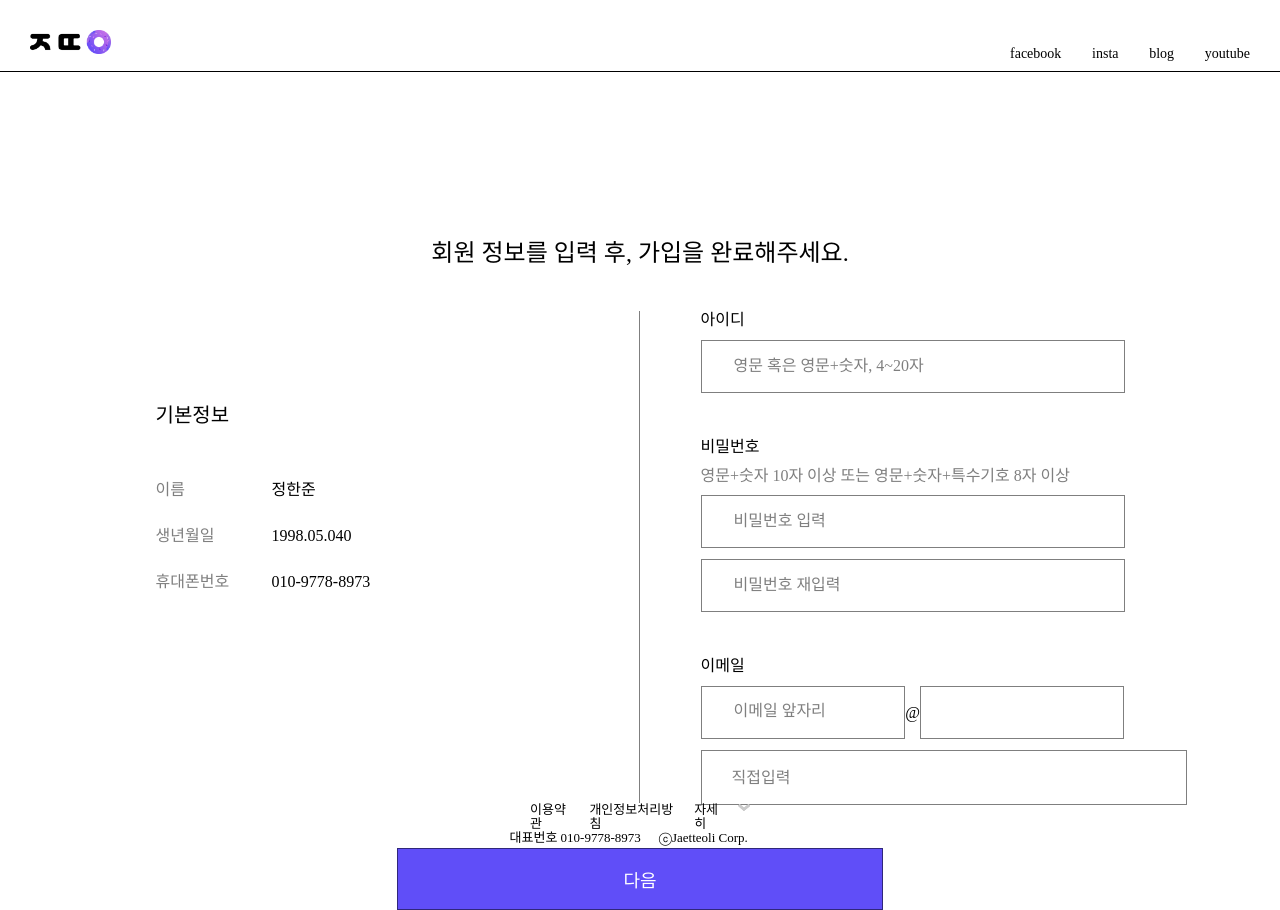
Repository: raoniee/Jaetteoli-React-Project
Page: /signup/begin
An editor plug-in stored every save of this project. The page is shown before and after the next save, followed by the edit.
The browser window is 1280 px wide. The pictures show the whole page.
Some web fonts or font styles are not loaded; a fallback is used. The project was rebuilt for these pictures with package versions that can differ from the ones it lists, and the page was loaded fresh each time. Also part of the build but not shown: src/component/main/ManageReview.module.css, src/component/main/ReviewContainer.module.css, src/component/main/ReviewItem.module.css, src/component/main/ReviewItem.js, src/component/main/ReviewContainer.js, src/component/sidebar/SideBar.module.css, src/component/sidebar/SideBar.js, src/component/main/ManageReview.js and 53 more.

Above is the page before, as saved 2023-07-06 21:37:55.

### public/index.html
<!DOCTYPE html>
<html lang="en">
<script src="//t1.daumcdn.net/mapjsapi/bundle/postcode/prod/postcode.v2.js"></script>
<head>
  <meta charset="utf-8" />
  <link rel="icon" href="%PUBLIC_URL%/favicon.ico" />
  <meta name="viewport" content="width=device-width, initial-scale=1" />
  <meta name="theme-color" content="#000000" />
  <meta name="description" content="Web site created using create-react-app" />
  <link rel="apple-touch-icon" href="%PUBLIC_URL%/logo192.png" />
  <link rel="manifest" href="%PUBLIC_URL%/manifest.json" />
  <title>재떨이</title>
</head>

<body>
  <div id="overlays"></div>
  <div id="root"></div>
</body>

</html>

### src/App.js
import Header from "./component/header/Header";
import ManageReview from "./component/main/ManageReview";
import TodayMenu from "./component/main/TodayMenu";
import TodayOrder from "./component/main/TodayOrder";
import ManageSale from "./component/main/ManageSale";

// Membership
import MembershipStart from "./component/memberShip/MembershipStart";
import MembershipInformation from "./component/memberShip/MembershipInformation";
import MembershipEnd from "./component/memberShip/MembershipEnd";

// login
import LoginStart from "./component/login/LoginStart";
import IDSearch from "./component/login/IDSearch";
import IDShow from "./component/login/IDShow";
import PasswordNew from "./component/login/PasswordNew";

import Regist1 from "./component/register/Regist1";
import Regist2 from "./component/register/Regist2";
import Regist3 from "./component/register/Regist3";

import { RouterProvider, createBrowserRouter } from "react-router-dom";
import SideBar from "./component/sidebar/SideBar";
import Home from "./component/home/Home";

const router = createBrowserRouter([
  { path: "/", element: <Home /> },
  // Membership
  { path: "/signup/agree", element: <MembershipStart /> },
  { path: "/signup/begin", element: <MembershipInformation /> },
  { path: "/signup/complete", element: <MembershipEnd /> },
  // login
  { path: "/login", element: <LoginStart /> },
  { path: "/help", element: <IDSearch /> },
  { path: "/help/complete", element: <IDShow /> },
  { path: "/help/new-pw", element: <PasswordNew /> },
  //
  { path: "/today/menu", element: <TodayMenu /> },
  { path: "/today/order", element: <TodayOrder /> },
  { path: "/review", element: <ManageReview /> },
  { path: "/sales", element: <ManageSale /> },
  { path: "/register/store", element: <Regist1 /> },
  { path: "/register/menu", element: <Regist2 /> },
  { path: "/register/origin", element: <Regist3 /> },
]);

function App() {
  return <RouterProvider router={router} />;
}

export default App;

### src/store/index.js
import React from 'react';
import { configureStore } from '@reduxjs/toolkit';
import authReducer from './auth'

export default configureStore({
    reducer: {
        auth: authReducer
    },
})

### src/component/header/Header.js
import Nav from './Nav';
import style from './Header.module.css'
import logo from '../../assets/images/logo.png'

const Header = () => {
    return (
        <header>
            <div className={style.logo}>
                <img className={style.logoImg} src={logo}></img>
            </div>
            <Nav />
        </header>
    )
}

export default Header;

### src/component/memberShip/MembershipInformation.jsx
import React from "react";
import Footer from "../footer/Footer";
import Header from "../header/Header";
import style from "./MembershipInformation.module.css";

export default function MembershipInformation() {
  return (
    <div className={style.container}>
      <Header />
      <div className={style.MembershipInformation}>
        <span className={style.title}>
          회원 정보를 입력 후, 가입을 완료해주세요.
        </span>

        <div className={style.wrap}>
          <div className={style.left}>
            <p>기본정보</p>
            <div className={style.profile}>
              <ul className={style.profile_left}>
                <li>이름</li>
                <li>생년월일</li>
                <li>휴대폰번호</li>
              </ul>
              <ul className={style.profile_right}>
                <li>정한준</li>
                <li>1998.05.040</li>
                <li>010-9778-8973</li>
              </ul>
            </div>
          </div>

          <div className={style.right}>
            <form action="" className={style.ID}>
              <label htmlFor="">아이디</label>
              <input type="text" placeholder="영문 혹은 영문+숫자, 4~20자" />
            </form>

            <form action="" className={style.PASSWORD}>
              <label htmlFor="">비밀번호</label>
              <label htmlFor="">
                영문+숫자 10자 이상 또는 영문+숫자+특수기호 8자 이상
              </label>
              <input type="password" placeholder="비밀번호 입력" />
              <input type="password" placeholder="비밀번호 재입력" />
            </form>

            <form action="" className={style.EMAIL}>
              <label htmlFor="">이메일</label>
              <div className={style.email_input}>
                <input type="text" placeholder="이메일 앞자리" />
                <label>@</label>
                <input type="text" />
              </div>
              <ul className={style.email_link}>
                <li>직접입력</li>
              </ul>
            </form>
          </div>
        </div>

        <button className={style.bluebutton}>다음</button>
      </div>
      <Footer />
    </div>
  );
}

### src/store/auth.js
import { createSlice } from '@reduxjs/toolkit';

const initialStateValue = { jwt: '', name: '', firstLogin: 1, menuRegister: 1 }

export const authSlice = createSlice({
    name: "auth",
    initialState: { value: { jwt: '', name: '', firstLogin: 1, menuRegister: 1 } },
    reducers: {
        login: (state, action) => {
            state.value = action.payload
        },
        logout: (state) => {
            state.value = initialStateValue
        }
    },
});

export default authSlice.reducer;
export const { login, logout } = authSlice.actions;

### src/component/header/Nav.js
import style from './Nav.module.css'

const Nav = () => {
    return(
        <nav className={style.nav}>
            <ul className={style.navList}>
                <li>facebook</li>
                <li>insta</li>
                <li>blog</li>
                <li>youtube</li>
            </ul>
        </nav>
    )
}

export default Nav;

### src/component/header/Header.module.css
header {
    font-family: "Pretendard-SemiBold";
    width: 100%;
    height: 72px;
    display: flex;
    align-items: flex-end;
    justify-content: space-between;
    padding: 10px 30px;
    box-sizing: border-box;
    position: fixed;
    top: 0;
    left: 0;
    background-color: white;
    z-index: 1;
    border-bottom: 1px solid black;
}

.logoImg {
    width: 81px;
    height: 24px;
    margin-bottom: 4px;
}

### src/component/footer/Footer.jsx
import React from "react";
import style from "./Footer.module.css";
import { ReactComponent as ArrowDown } from '../../assets/images/arrow_down.svg'

export default function Footer() {
  return (
    <footer>
      <ul className={style.top}>
        <li>이용약관</li>
        <li>개인정보처리방침</li>
        <li>
          <p>자세히</p>
          <ArrowDown></ArrowDown>
        </li>
      </ul>
      <ul className={style.bottom}>
        <li>대표번호 010-9778-8973</li>
        <li>ⓒJaetteoli Corp.</li>
      </ul>
    </footer>
  );
}

### src/component/memberShip/MembershipInformation.module.css
.container {
  display: flex;
  flex-direction: column;
}

.MembershipInformation {
  margin: 0 auto;
  margin-top: 240px;
  /* margin-bottom: 45px; */
}

.title {
  display: block;
  text-align: center;
  font-weight: 300;
  font-size: 24px;
  line-height: 26.4px;
  margin-bottom: 45px;
}

.wrap {
  display: flex;
  /* justify-content: space-between; */
  width: 969px;
}

.left {
  padding-top: 93px;
  width: 422px;
  margin-right: 61px;
}

.left p {
  font-weight: 300;
  font-size: 20px;
  line-height: 22px;
  margin-bottom: 55px;
}

.left .profile {
  display: flex;

  font-weight: 300;
  font-size: 16px;
  line-height: 17.6px;
}

.left .profile_left {
  display: flex;
  flex-direction: column;
  gap: 28px;
  color: rgba(0, 0, 0, 0.5);

  width: 116px;
}

.left .profile_right {
  display: flex;
  flex-direction: column;
  gap: 28px;

  width: 306px;
}

.right {
  width: 486px;
  padding-left: 61px;
  font-weight: 300;
  font-size: 16px;
  line-height: 17.6px;
  border-left: 1px solid rgba(0, 0, 0, 0.5);
}

.right input {
  height: 53px;
  border: 1px solid rgba(0, 0, 0, 0.5);
}

.right input::placeholder {
  font-weight: 300;
  font-size: 16px;
  line-height: 17.6px;
  color: rgba(0, 0, 0, 0.5);
  padding-left: 30px;
}

.right .ID {
  display: flex;
  flex-direction: column;
  gap: 11px;
  margin-bottom: 45px;
}

.right .PASSWORD {
  display: flex;
  flex-direction: column;
  gap: 11px;
  margin-bottom: 45px;
}

.right .PASSWORD label:nth-child(2) {
  color: rgba(0, 0, 0, 0.5);
}

.right .EMAIL {
  display: flex;
  flex-direction: column;
  gap: 11px;
}

.right .EMAIL .email_input {
  display: flex;
  justify-content: space-between;
}

.right .EMAIL .email_input input {
  width: 217px;
}

.right .EMAIL .email_input label {
  line-height: 53px;
}

.right .EMAIL .email_link {
  width: 486px;
  height: 53px;
}

.right .EMAIL .email_link li {
  width: inherit;
  padding-left: 30px;
  border: 1px solid rgba(0, 0, 0, 0.5);
  line-height: 53px;
  color: rgba(0, 0, 0, 0.5);
}

.bluebutton {
  position: absolute;
  left: 50%;
  transform: translate(-50%, 0);
  width: 486px;
  height: 62px;
  background-color: rgba(96, 78, 248, 1);
  border: 1px solid rgba(0, 0, 0, 0.5);
  color: rgba(255, 255, 255, 1);
  margin-top: 45px;
}

### src/component/header/Nav.module.css
.nav {
    font-family: "Pretendard-Regular";
    font-size: 14px;
}

.navList {
    width: 240px;
    display: flex;
    justify-content: space-between;
}

### src/component/memberShip/AgreeAlert.module.css
* {
  font-family: "Fira Sans";
  box-sizing: border-box;
}

.wrap {
  position: absolute;
  top: 50%;
  left: 50%;
  transform: translate(-50%, -50%);
  width: 771px;
  height: 568px;
}

.top {
  display: flex;
  justify-content: space-between;
  background-color: #604ef8;
  height: 55.8px;
}

.top .title {
  font-weight: 500;
  font-size: 14px;
  line-height: 55.8px;
  color: #ffffff;
  margin-left: 31px;
}

.top .close {
  margin-top: 22px;
  margin-right: 32px;
  cursor: pointer;
}

.middle {
  background: white;
  padding: 20px 30px;
}

.middle .information ul {
  display: flex;
  margin-bottom: 15px;
}

.middle .information ul li {
  font-weight: 500;
  font-size: 13px;
  line-height: 15.6px;
}

.middle .information ul li:nth-child(1) {
  flex-grow: 15;
}
.middle .information ul li:nth-child(2) {
  text-align: right;
  flex-grow: 1;
}
.middle .information ul li:nth-child(3) {
  text-align: right;
  flex-grow: 1;
}

.middle .information p {
  padding: 10px 7px;
  height: 360.97px;
  font-weight: 400;
  font-size: 11px;
  line-height: 13.2px;
  border: 1px solid #dadada;
  overflow-y: scroll;
}

.bottom {
  position: relative;
  height: 82px;
  background-color: #f6f6f6;
}

.bottom button {
  position: absolute;
  bottom: 21px;
  right: 30.5px;
  width: 97.5px;
  height: 31px;
  border: 1px solid #604ef8;
  border-radius: 5px;
  cursor: pointer;
}

### src/component/footer/Footer.module.css
/* * {
  outline: 1px solid #363;
} */

footer {
  height: 71px;
  font-weight: 300;
  font-size: 13px;
  line-height: 14.3px;
}

footer ul {
  display: flex;
}

.top {
  width: 220px;
  gap: 14px;
  margin: 0 auto;
}

.top li {
  display: flex;
}

.top li p {
  margin-right: 10px;
}

.bottom {
  width: 261px;
  gap: 18px;
  margin: 0 auto;
}

### src/component/home/Login.module.css
.btnContainer {
    width: 276px;
    height: 48px;
    display: flex;
    justify-content: space-around;
}

button {
    width: 114px;
    height: 48px;
    border: 2px solid #604EF8;
    font-family: 'Pretendard-Regular';
    font-size: 18px;
}

.login {
    background-color: white;

}

.signup {
    background-color: #604EF8;
    color: white;
}

Loaded but not shown: src/index.js (common file); src/index.css (common file)

After the next save:
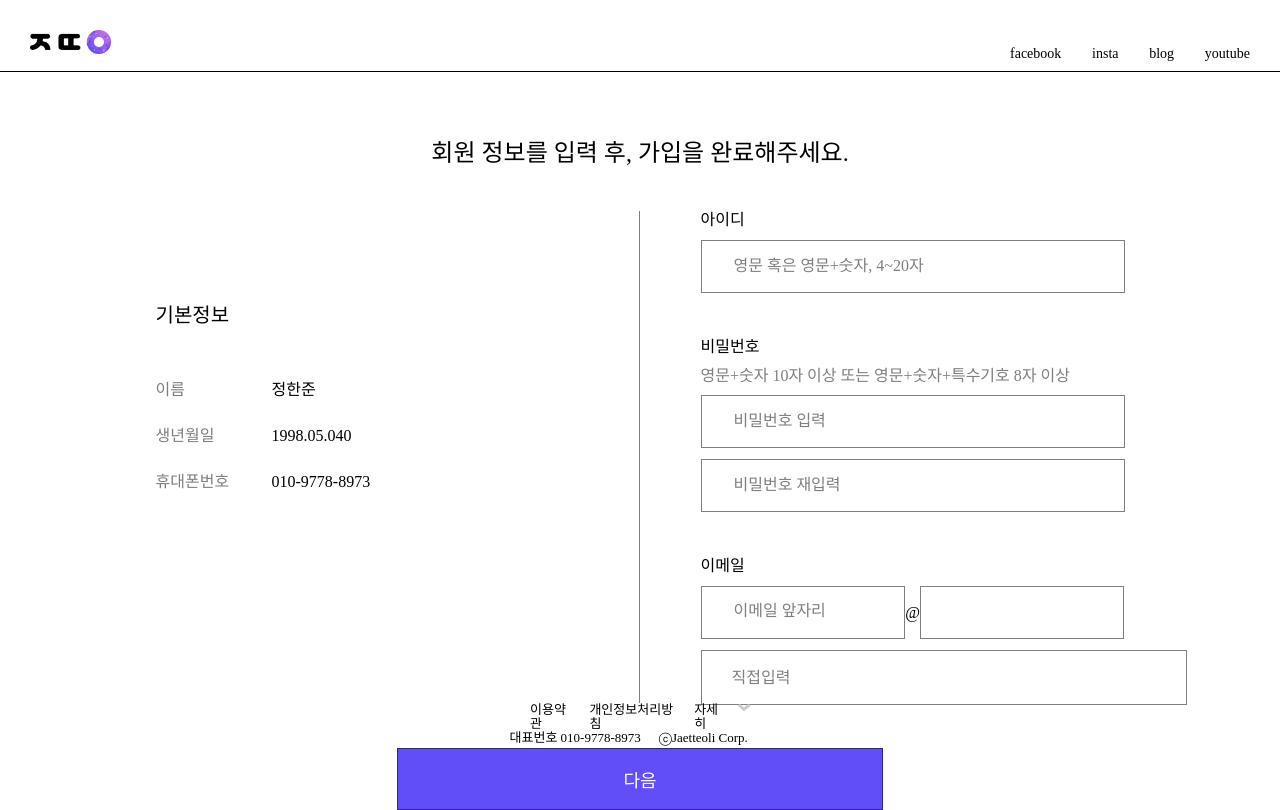
Saved 22 s later.
--- a/src/component/memberShip/MembershipInformation.module.css
+++ b/src/component/memberShip/MembershipInformation.module.css
@@ -5,7 +5,7 @@
 
 .MembershipInformation {
   margin: 0 auto;
-  margin-top: 240px;
+  margin-top: 140px;
   /* margin-bottom: 45px; */
 }
 
